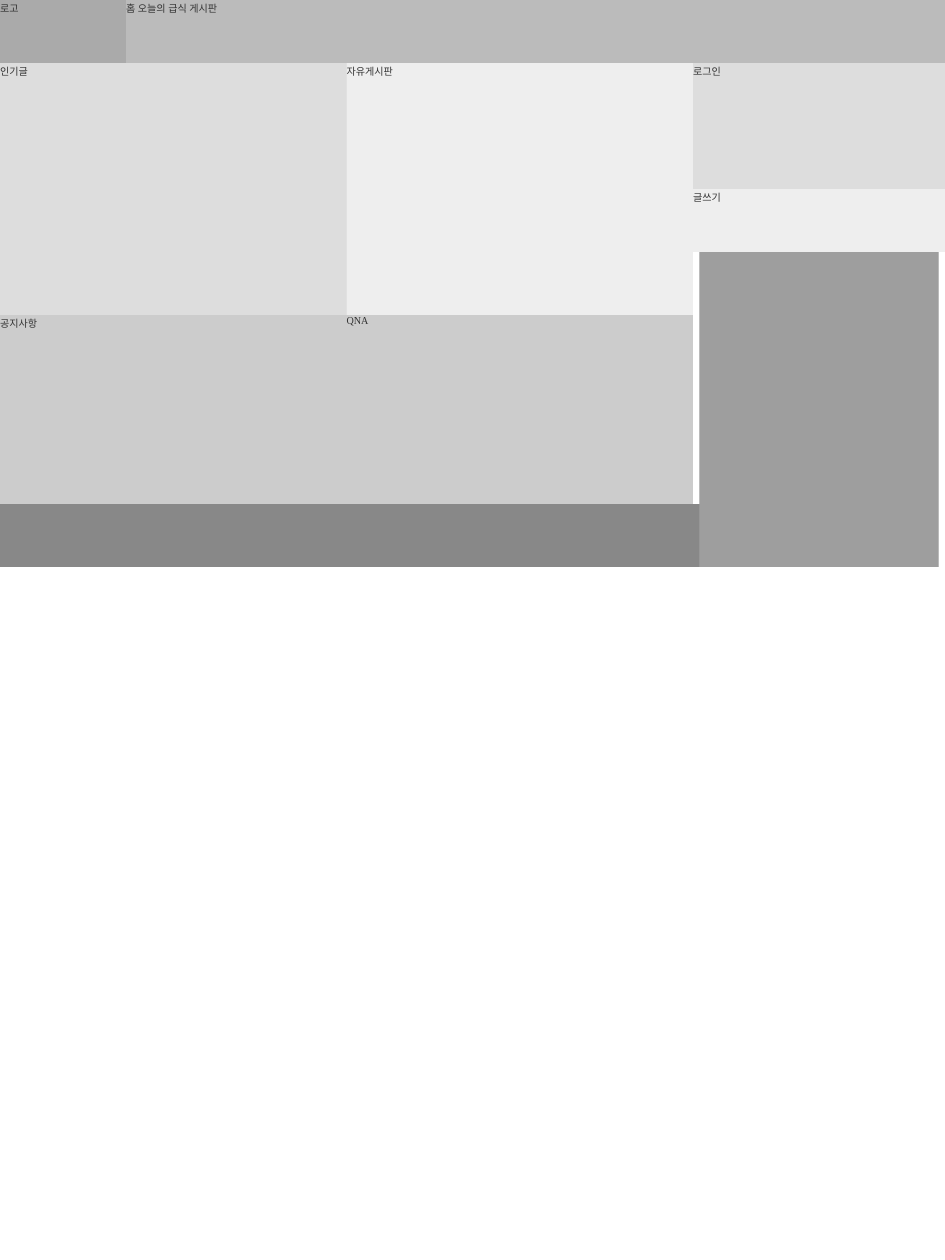
Repository: Schro2109/SchoolCommunity
Page: http://localhost/SchoolCommunity/intro/home.jsp
These files come from the project's save history. The page is drawn as it stood at one moment and after the next save; the edit follows.
The browser window is 1280 px wide. The page is 1500 px wide, so the pictures cover 1500 px, including what lies to the right of the window. The pictures show the whole page, at 63% of full size.
Pictures or frames that could not be fetched are drawn as grey boxes. The page is served by Tomcat 9.

Above is the page before, as saved 2022-07-01 01:03:12.

After the next save:
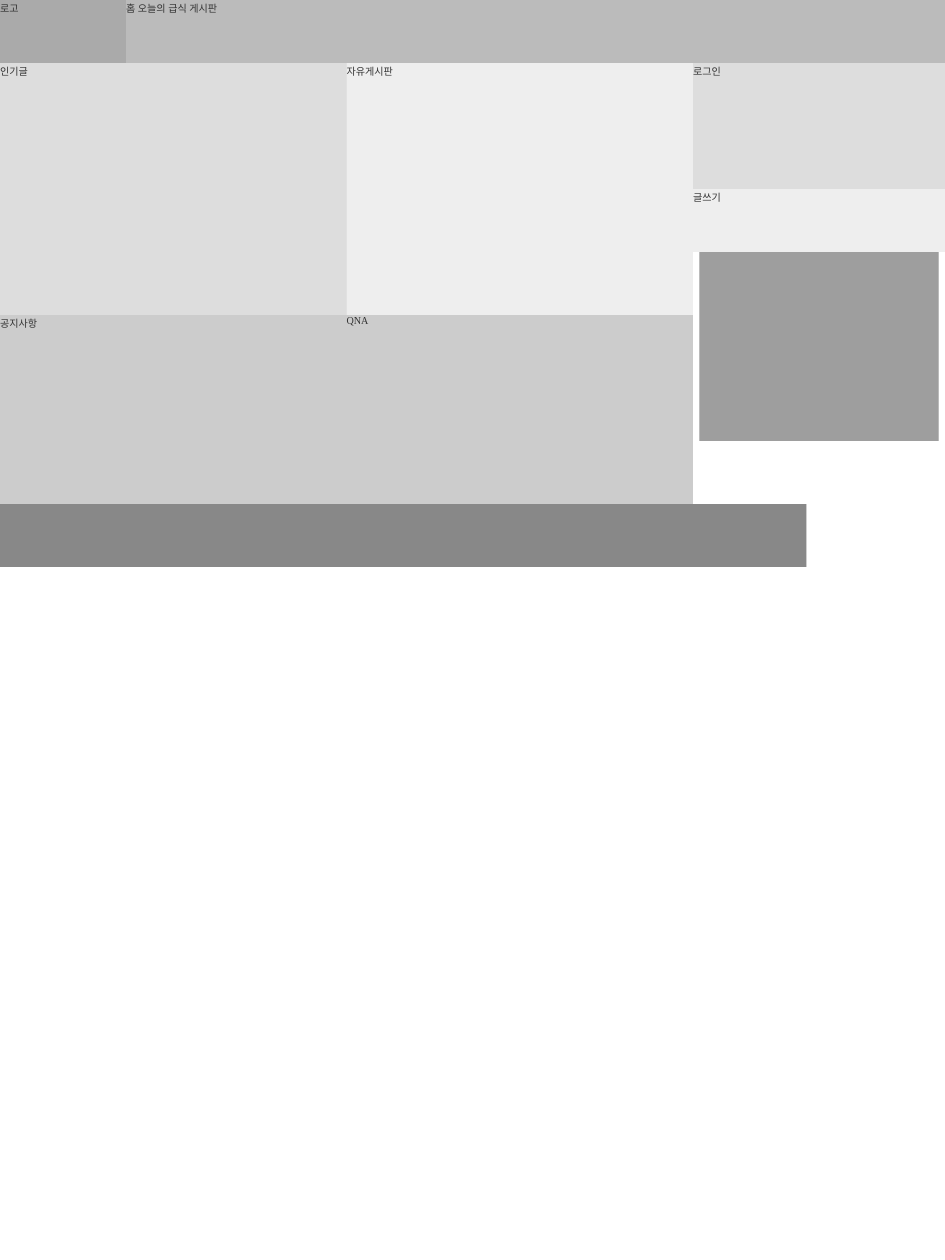
Saved 36 s later.
--- a/SchoolCommunity/SchoolCommunity/WebContent/intro/style.css
+++ b/SchoolCommunity/SchoolCommunity/WebContent/intro/style.css
@@ -106,7 +106,7 @@
 }
 .schedule > iframe{
 	width:380px;
-	height:500px;
+	height:300px;
 	overflow:hidden;
 	border: none;
 }

After the save that followed:
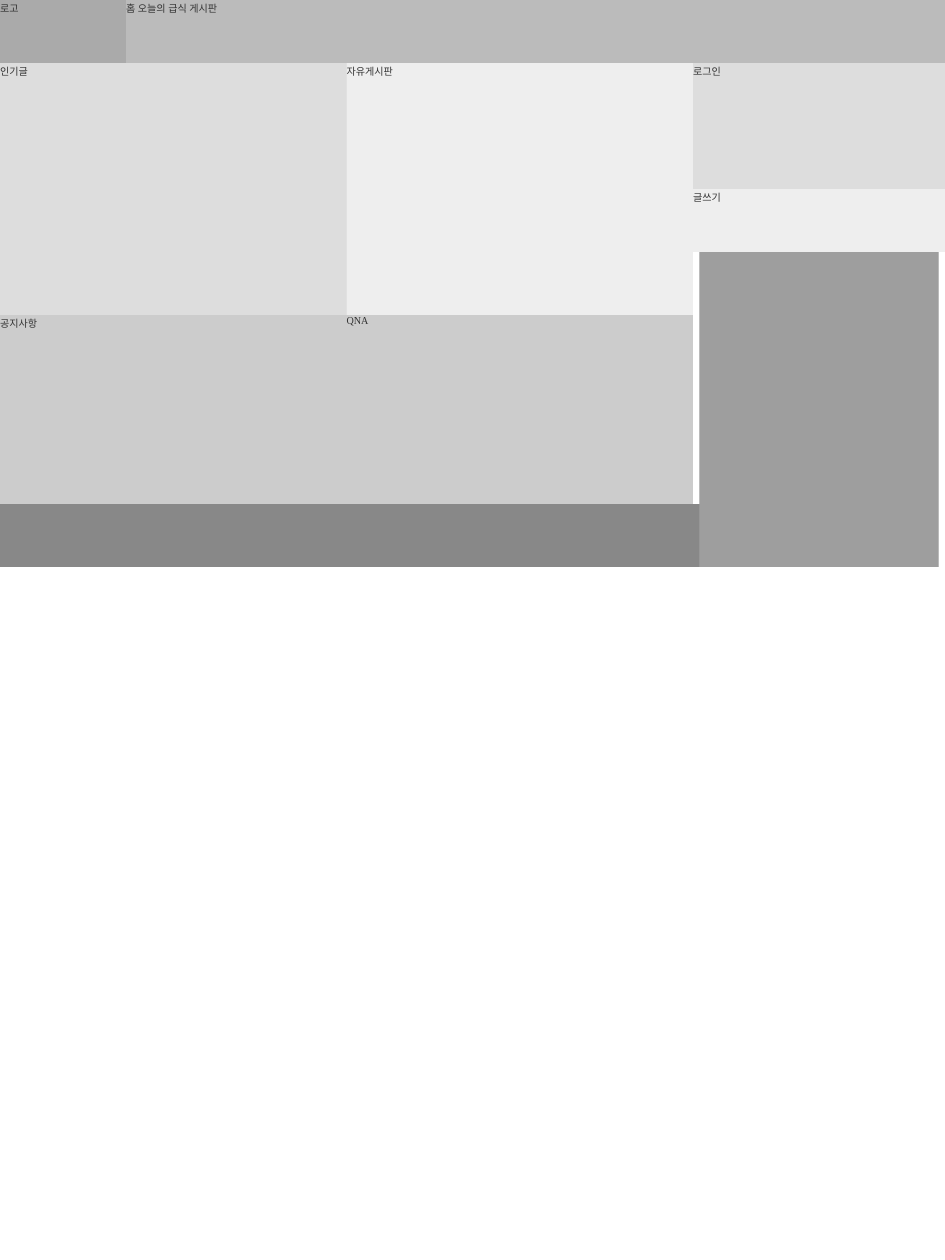
Saved 14 s later.
--- a/SchoolCommunity/SchoolCommunity/WebContent/intro/style.css
+++ b/SchoolCommunity/SchoolCommunity/WebContent/intro/style.css
@@ -106,7 +106,7 @@
 }
 .schedule > iframe{
 	width:380px;
-	height:300px;
+	height:500px;
 	overflow:hidden;
 	border: none;
 }
